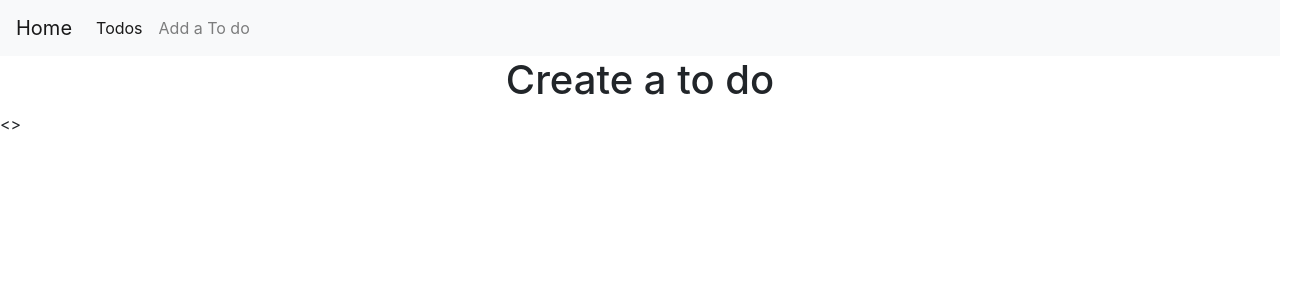
Repository: Azariagmt/laravel-to-do-app
Page: http://localhost/new-to-do
An editor plug-in stored every save of this project. The page is shown before and after the next save, followed by the edit.
The browser window is 1280 px wide. The page is 1295 px wide, so the pictures cover 1295 px, including what lies to the right of the window. The pictures show the whole page.
The page is served by the project's Laravel application, run on PHP 8.4 with Laravel 8. Other server files are loaded and not shown.

Above is the page before, as saved 2020-04-27 22:45:05.

### routes/web.php
<?php

use Illuminate\Support\Facades\Route;

/*
|--------------------------------------------------------------------------
| Web Routes
|--------------------------------------------------------------------------
|
| Here is where you can register web routes for your application. These
| routes are loaded by the RouteServiceProvider within a group which
| contains the "web" middleware group. Now create something great!
|
*/

Route::get('/', function () {
    return view('welcome');
});

Route::get('/todos', 'TodosController@index')->name('todos');

Route::get('todos/{todo}', 'TodosController@show')->name('todo');

Route::get('/new-to-do', 'TodosController@new')->name('new');

### app/Http/Controllers/TodosController.php
<?php

namespace App\Http\Controllers;

use Illuminate\Http\Request;
use App\Todo;

class TodosController extends Controller
{
    public function index(){
        $todos = Todo::all();
        return view('todos.index', [
            'todos' => $todos
        ]);
    }
    public function show($todoId){

        $todo = Todo::find($todoId);
        return view('todos.show',[
            'todo' => $todo
        ]);
    }
    public function new(){
        return view('todos.new');
    }
}

### resources/views/todos/new.blade.php
@extends('layouts')

@section('content')
<h1 class="text-center">
Create a to do
</h1>
<div class="row justify-content">
<div class="col-md-8">
<form action="">
<div class="form-group">
<>
</div>
</form>
</div>
</div>
@endsection

### resources/views/layouts.blade.php
<!DOCTYPE html>
<!--[if lt IE 7]>      <html class="no-js lt-ie9 lt-ie8 lt-ie7"> <![endif]-->
<!--[if IE 7]>         <html class="no-js lt-ie9 lt-ie8"> <![endif]-->
<!--[if IE 8]>         <html class="no-js lt-ie9"> <![endif]-->
<!--[if gt IE 8]><!--> <html class="no-js"> <!--<![endif]-->
    <head>
        <meta charset="utf-8">
        <meta http-equiv="X-UA-Compatible" content="IE=edge">
        <title>To do app</title>
        <meta name="description" content="">
        <meta name="viewport" content="width=device-width, initial-scale=1">
        <link rel="stylesheet" href="https://stackpath.bootstrapcdn.com/bootstrap/4.4.1/css/bootstrap.min.css" integrity="sha384-Vkoo8x4CGsO3+Hhxv8T/Q5PaXtkKtu6ug5TOeNV6gBiFeWPGFN9MuhOf23Q9Ifjh" crossorigin="anonymous">
        <link rel="stylesheet" href="">
    </head>
    <body>
        <!--[if lt IE 7]>
            <p class="browsehappy">You are using an <strong>outdated</strong> browser. Please <a href="#">upgrade your browser</a> to improve your experience.</p>
        <![endif]-->
        <nav class="navbar navbar-expand-lg navbar-light bg-light">
  <a class="navbar-brand" href="/">Home</a>
  <button class="navbar-toggler" type="button" data-toggle="collapse" data-target="#navbarNav" aria-controls="navbarNav" aria-expanded="false" aria-label="Toggle navigation">
    <span class="navbar-toggler-icon"></span>
  </button>
  <div class="collapse navbar-collapse" id="navbarNav">
    <ul class="navbar-nav">
      <li class="nav-item active">
        <a class="nav-link" href="{{route('todos')}}">Todos <span class="sr-only">(current)</span></a>
      </li>
      <li class="nav-item">
        <a class="nav-link" href="{{route('new')}}">Add a To do <span class="sr-only">(current)</span></a>
      </li>
    </ul>
  </div>
</nav>
        @yield('content')
        <script src="" async defer></script>
    </body>
</html>

Loaded but not shown: app/Http/Controllers/Controller.php (common file)

After the next save:
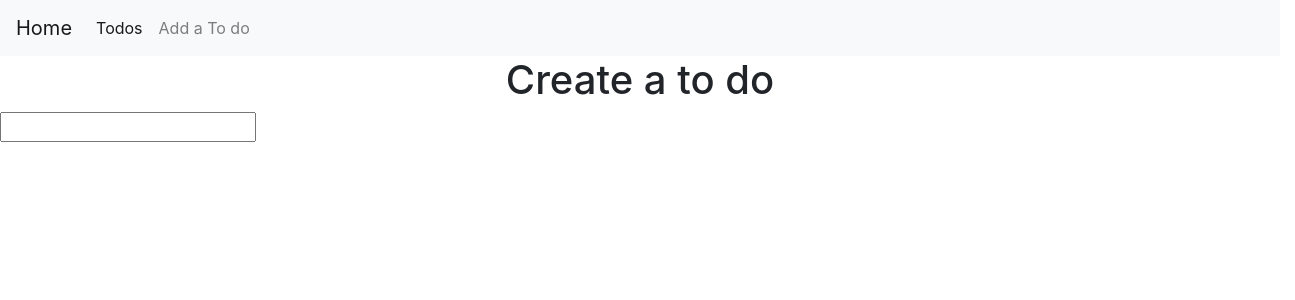
Saved 7 s later.
--- a/resources/views/todos/new.blade.php
+++ b/resources/views/todos/new.blade.php
@@ -8,7 +8,7 @@ Create a to do
 <div class="col-md-8">
 <form action="">
 <div class="form-group">
-<>
+<input type="text class=">
 </div>
 </form>
 </div>
